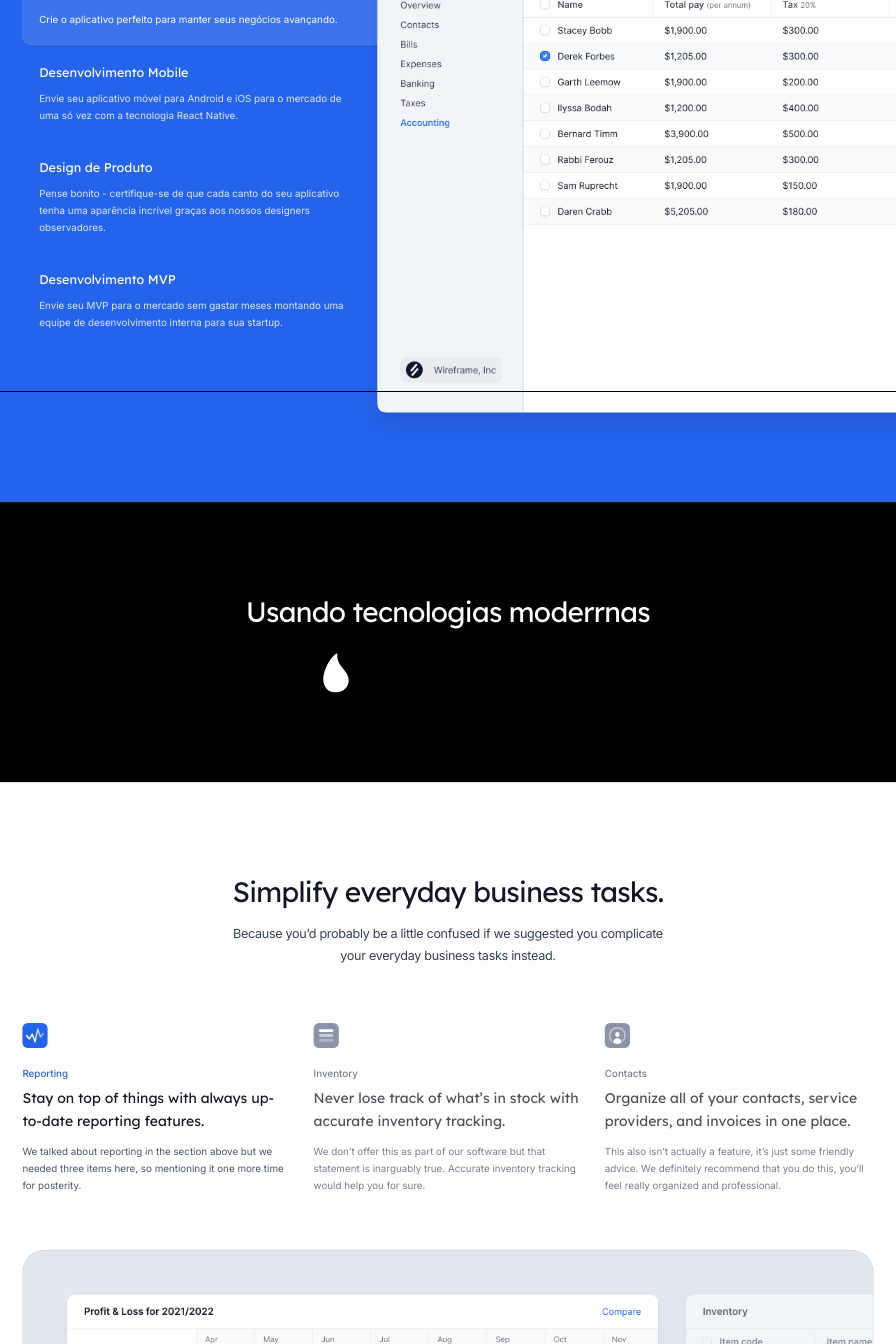
Repository: LuisSempre/imaginative
Page: /
These files come from the project's save history. The page is drawn as it stood at one moment and after the next save; the edit follows.
The browser window is 1280 px wide. The pictures show the part of the page from y = 2346 to 4266 px (the page is 10318 px tall), at 70% of full size.
The project was rebuilt for these pictures with package versions that can differ from the ones it lists, and the page was loaded fresh each time. The framework's server and built-in components were replaced by stand-ins that run in the browser. Also part of the build but not shown: next.config.js.

Above is the page before, as saved 2022-07-15 11:58:04.

After the next save:
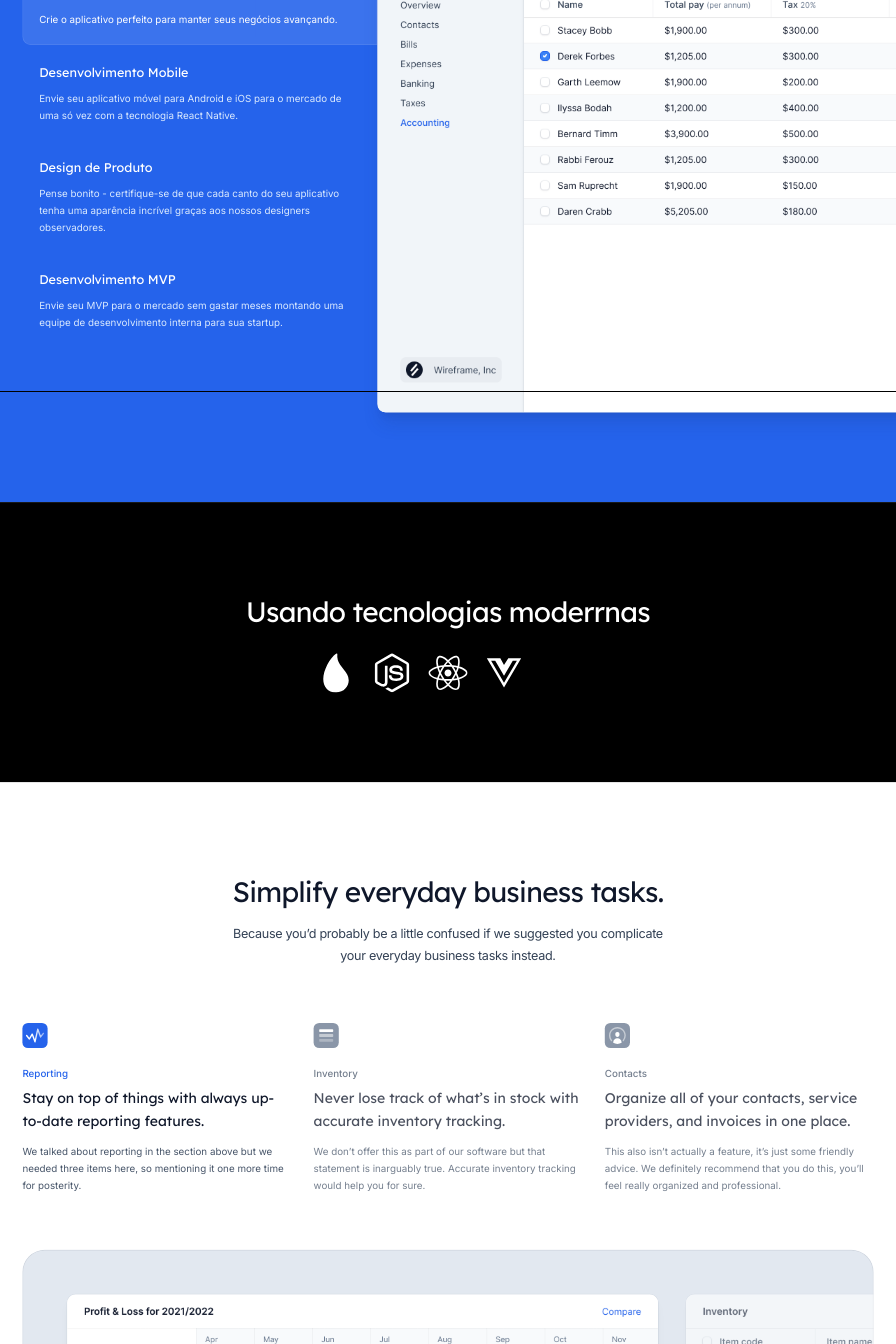
Saved 20 s later.
--- a/src/components/Tecnology.jsx
+++ b/src/components/Tecnology.jsx
@@ -15,9 +15,9 @@
           </h2>
           <div className="flex justify-center mt-8 space-x-6">
             <SiElixir className="fill-white h-14 w-14" />
-            <FaNodeJs className="h-14 w-14" />
-            <FaReact className="h-14 w-14" />
-            <FaVuejs className="h-14 w-14" />
+            <FaNodeJs className="fill-white h-14 w-14" />
+            <FaReact className="fill-white h-14 w-14" />
+            <FaVuejs className="fill-white h-14 w-14" />
             <SiTypescript className="h-14 w-14" />
           </div>
         </div>
